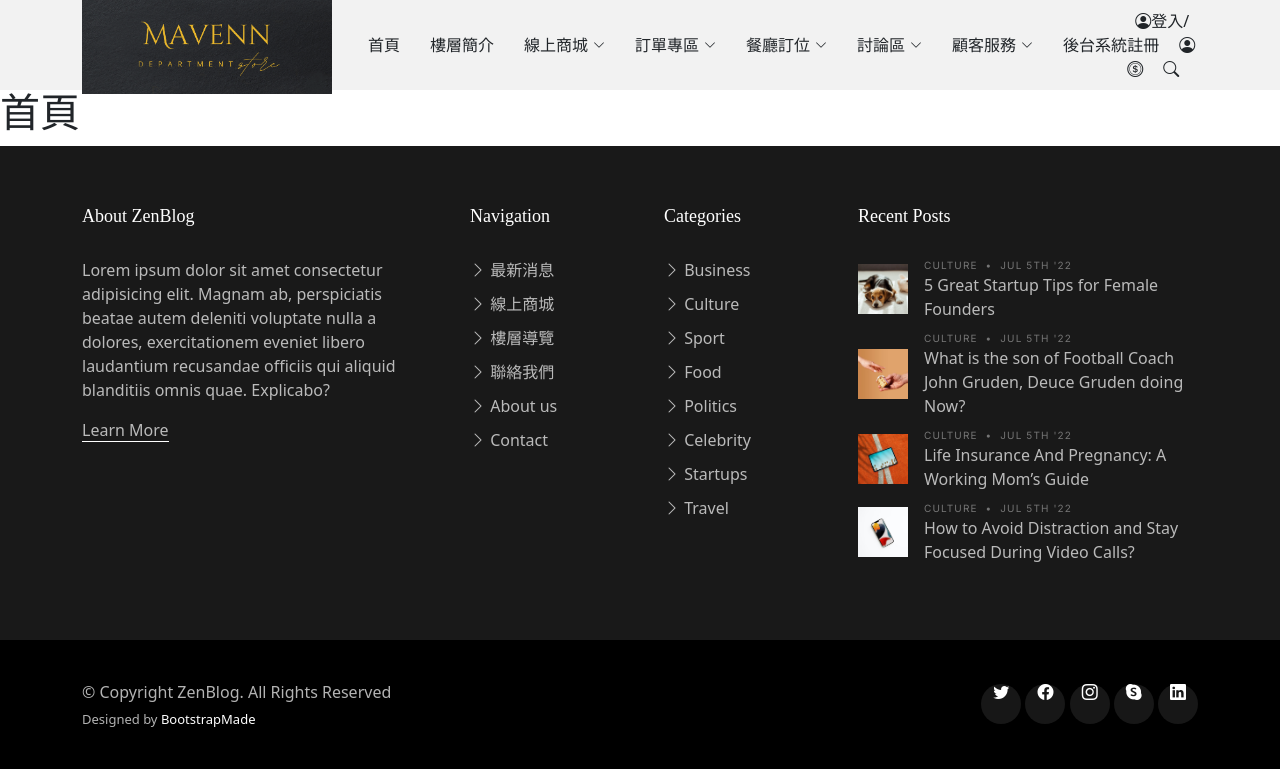
Repository: eugene200603/ESUN-Interview
Page: http://localhost/esuninterview/WEB-INF/jsp/frontend/index.jsp
The author's editor kept a copy of each file at every save. The page is drawn from the files as they stood at one save, then again after the next save.
The browser window is 1280 px wide. The pictures show the whole page.
Some web fonts or font styles are not loaded; a fallback is used. The page is served by Tomcat 9. Nobody is signed in. The template is opened directly, without the code that normally fills it, so the values that code supplies are empty.

Above is the page before, as saved 2023-06-05 16:47:08.

After the next save:
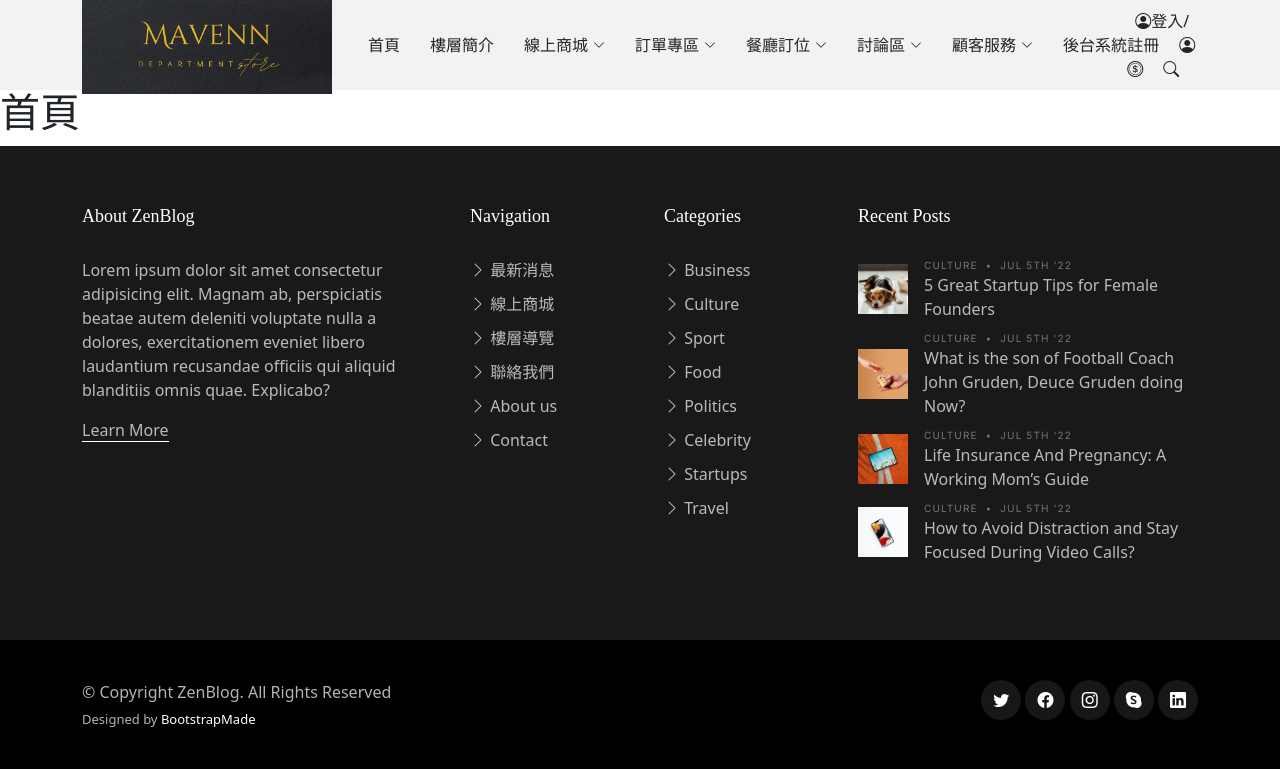
Saved 8 s later.
--- a/project/esuninterview/src/main/webapp/WEB-INF/jsp/frontend/index.jsp
+++ b/project/esuninterview/src/main/webapp/WEB-INF/jsp/frontend/index.jsp
@@ -2,7 +2,7 @@
 	<%@ taglib uri="http://www.springframework.org/tags/form" prefix="form" %>
 		<%@ taglib uri="http://java.sun.com/jsp/jstl/fmt" prefix="fmt" %>
 			<%@taglib uri="http://java.sun.com/jsp/jstl/core" prefix="c" %>
-				<jstl:set var="contextRoot" value="${pageContext.request.contextPath}" />
+				<c:set var="contextRoot" value="${pageContext.request.contextPath}" />
 
 				<!DOCTYPE html>
 				<html lang="en">
